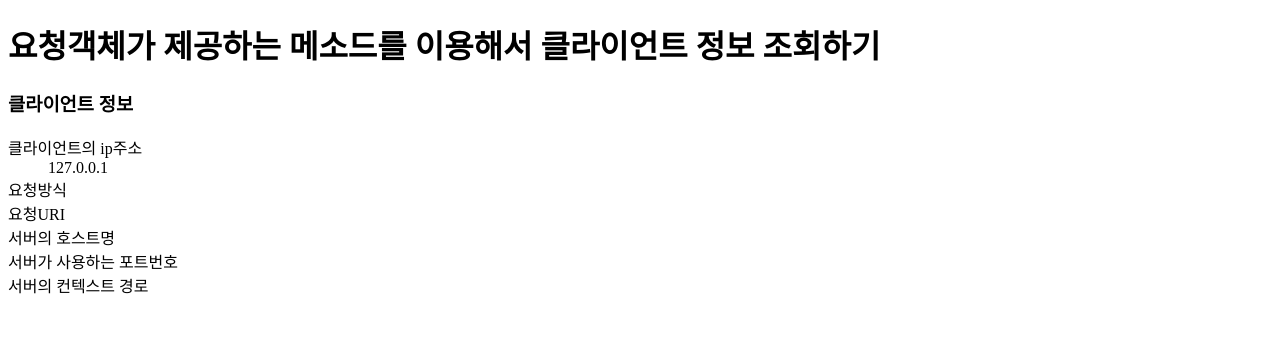
Repository: onuo77/ja_HTA
Page: http://localhost/sample/req/demo1.jsp
These files come from the project's save history. The page is drawn as it stood at one moment and after the next save; the edit follows.
The browser window is 1280 px wide. The pictures show the whole page.
The page is served by Tomcat 9. Other server files are loaded and not shown.

Above is the page before, as saved 2021-05-20 01:36:23.

### java-web/sample/src/main/webapp/req/demo1.jsp
<%@ page language="java" contentType="text/html; charset=UTF-8"
    pageEncoding="UTF-8"%>
<!DOCTYPE html>
<html>
<head>
<meta charset="UTF-8">
<title>요청객체를 사용해서 클라이언트의 정보 조회하기</title>
</head>
<body>
	<h1>요청객체가 제공하는 메소드를 이용해서 클라이언트 정보 조회하기</h1>

	<h3>클라이언트 정보</h3>
	<%
		//요청객체가 제공하는 메소드로 클라이언트 정보 조회하기

		//클라이언트의 ip주소 획득
		String ipAddress = request.getRemoteAddr();

		//클라이언트의 요청방식(GET, POST, PUT, DELETE 등) 조회하기
		String method = request.getMethod();
	%>

	<dl>
		<dt>클라이언트의 ip주소</dt><dd><%=ipAddress %></dd>
		<dt>요청방식</dt><dd></dd>
		<dt>요청URI</dt><dd></dd>
		<dt>서버의 호스트명</dt><dd></dd>
		<dt>서버가 사용하는 포트번호</dt><dd></dd>
		<dt>서버의 컨텍스트 경로</dt><dd></dd>
	</dl>
</body>
</html>

After the next save:
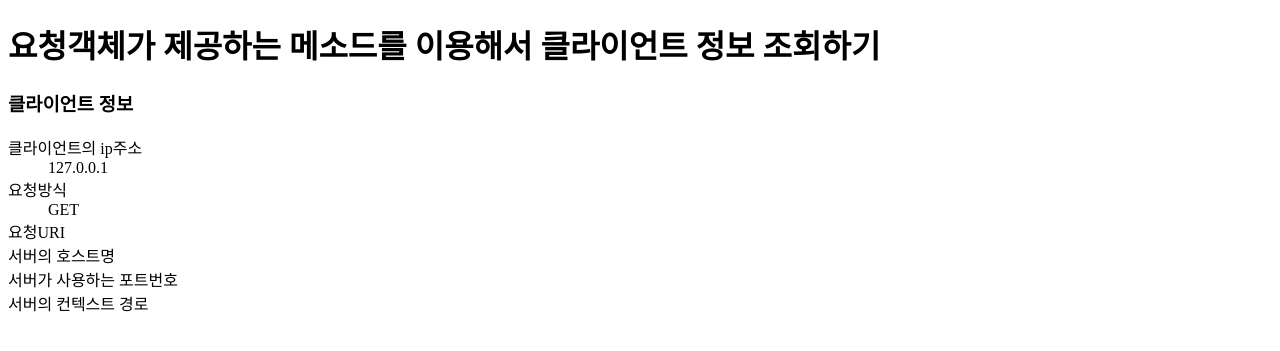
Saved 19 s later.
--- a/java-web/sample/src/main/webapp/req/demo1.jsp
+++ b/java-web/sample/src/main/webapp/req/demo1.jsp
@@ -22,7 +22,7 @@
 
 	<dl>
 		<dt>클라이언트의 ip주소</dt><dd><%=ipAddress %></dd>
-		<dt>요청방식</dt><dd></dd>
+		<dt>요청방식</dt><dd><%=method %></dd>
 		<dt>요청URI</dt><dd></dd>
 		<dt>서버의 호스트명</dt><dd></dd>
 		<dt>서버가 사용하는 포트번호</dt><dd></dd>
